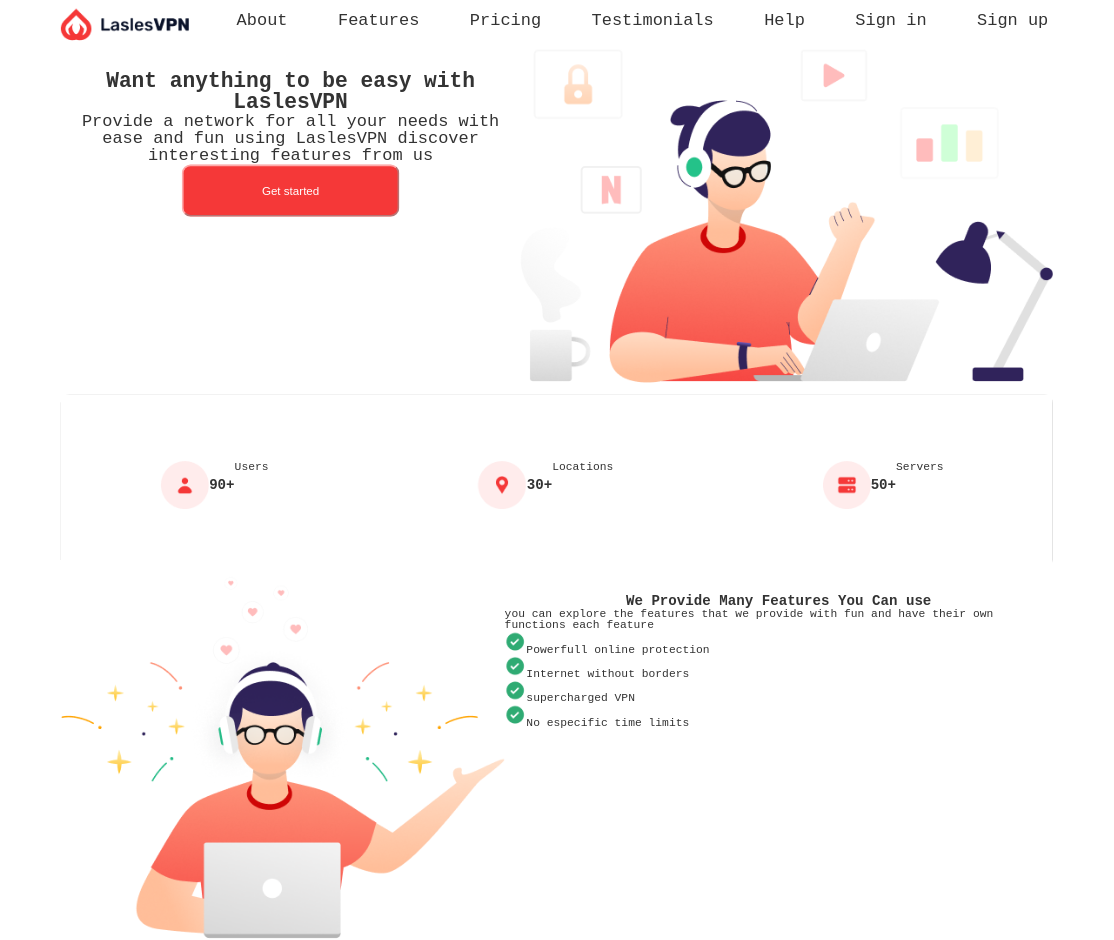
Repository: RaphaelMatheus-br/LP-251123
Page: index.html
An editor plug-in stored every save of this project. The page is shown before and after the next save, followed by the edit.
The browser window is 1280 px wide. The pictures show the whole page, at 87% of full size.

Above is the page before, as saved 2023-11-25 13:56:32.

### index.html
<!DOCTYPE html>
<html lang="en">

<head>
    <meta charset="UTF-8">
    <meta name="viewport" content="width=device-width, initial-scale=1.0">
    <title>Document</title>
    <link rel="stylesheet" href="style.css">
</head>

<body>

<section class="container flex">
    <img src="./imagens/Logo.png" alt="logo">
	<div class="item">About</div>
	<div class="item">Features</div>
	<div class="item">Pricing</div>
	<div class="item">Testimonials</div>
	<div class="item">Help</div>
	<div class="item">Sign in</div>
    <div class="item">Sign up</div>
</section>

<section class="container flex">
    <div class="item">
        <h1 class="sobre__titulo">Want anything to be easy with LaslesVPN</h1>
        <p class="sobre__descricao">Provide a network for all your needs with ease and fun using LaslesVPN discover interesting features from us</p>
        <button class="sobre__botao">Get started</button>
    </div>
    <div class="img">
        <img src="./imagens/Illustration 1.png" alt="ilutracao__1">
    </div>
</section>

<section class="container">
    <div class="rectangle">
        <div class="icons">
            <div class="user">
                <img src="./imagens/user.png" alt="user__img">
                <h1 class="sobre__user">90+</h1>
                <p class="p__user">Users</p>
            </div>
            <div class="location">
                <img src="./imagens/location.png" alt="location">
                <h1 class="sobre__location">30+</h1>
                <p class="p__location">Locations</p>
            </div>
            <div class="server">
                <img src="./imagens/Server.png" alt="server">
                <h1 class="sobre__server">50+</h1>
                <p class="p__server">Servers</p>
            </div>
        </div>
    </div>
</section>

<section class="container flex">

    <div class="img">
        <img src="./imagens/Illustration 2.png" alt="ilutracao__2">
    </div>

    <div class="item__dois">
        <h1 class="sobre__titulo">We Provide Many Features You Can use</h1>
        <p class="sobre__descricao">you can explore the features that we provide with fun and have their own functions each feature</p>
        <ul class="list">
            <li><img src="./imagens/check.png" alt="check">Powerfull online protection</img></li>
            <li><img src="./imagens/check.png" alt="check">Internet without borders</img></li>
            <li><img src="./imagens/check.png" alt="check">supercharged VPN</img></li>
            <li><img src="./imagens/check.png" alt="check">No especific time limits</img></li>
        </ul>
    </div>
</section>

</body>
</html>

### style.css
html, body, div, span, applet, object, iframe,
h1, h2, h3, h4, h5, h6, p, blockquote, pre,
a, abbr, acronym, address, big, cite, code,
del, dfn, em, img, ins, kbd, q, s, samp,
small, strike, strong, sub, sup, tt, var,
b, u, i, center,
dl, dt, dd, ol, ul, li,
fieldset, form, label, legend,
table, caption, tbody, tfoot, thead, tr, th, td,
article, aside, canvas, details, embed,
figure, figcaption, footer, header, hgroup,
menu, nav, output, ruby, section, summary,
time, mark, audio, video {
	margin: 0;
	padding: 0;
	border: 0;
	font-size: 100%;
	font: inherit;
	vertical-align: baseline;
    background: white;
}
/* HTML5 display-role reset for older browsers */
article, aside, details, figcaption, figure,
footer, header, hgroup, menu, nav, section {
	display: block;
}
body {
	line-height: 1;
}

ol, ul {
	list-style: none;
}
blockquote, q {
	quotes: none;
}
blockquote:before, blockquote:after,
q:before, q:after {
	content: '';
	content: none;
}
table {
	border-collapse: collapse;
	border-spacing: 0;
}

.container {
    max-width: 1140px;
    margin: 0 auto;
    position: relative;
    padding-top: 10px;
    display: flex;
    justify-content: space-between;
    flex: 1;
}

/* Flex Item */
.item {
	margin: 5px;
	text-align: center;
	font-size: 1.5em;
}

h1 {
	text-align: center;
	margin: 20px 0 0 0;
	font-size: 1.25em;
	font-weight: 700;
}

body {
	font-family: monospace;
	color: #333;
}

.row {
	display: flex;
}
.sobre__titulo {
    font-weight: 700;
}

.sobre__descricao {
font-weight: 300;
}

.sobre__botao {
width: 250px;
height: 60px;
flex-shrink: 0;
border-radius: 10px;
border-color: rgba(255, 193, 193, 0.842);
background: #F53838;
color: white;
}

.rectangle {
display: flex;
width: 1140px;
height: 200px;
flex-shrink: 0;
border-radius: 10px;
background: gray;
border-color: white;
justify-content: space-between;
}

.icons {
width: 100%;
height: 100%;
flex-shrink: 0;
display: flex;
align-items: center;
position: absolute;
max-width: 100%;
justify-content: space-around;
background-color: none;
}

.user {
display: flex;;
margin-right: 20px;
margin-left: 10px;
}

.location {
display: flex;;
margin-right: 20px;
margin-left: 10px;
}

.server {
display: flex;;
margin-right: 20px;
margin-left: 10px;
}

.item__dois {
    flex-direction: row-reverse;
}

After the next save:
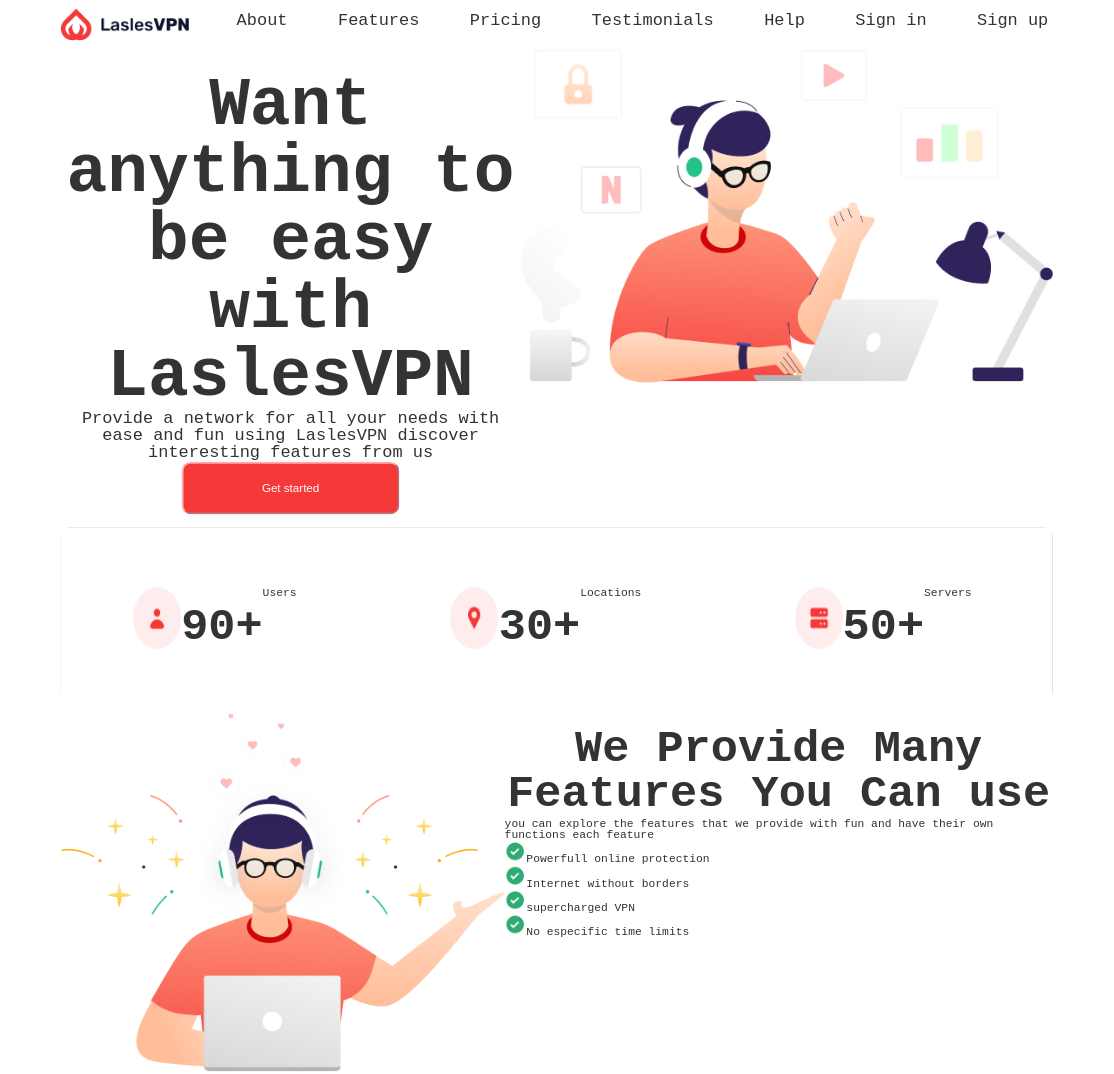
Saved 17 s later.
--- a/style.css
+++ b/style.css
@@ -64,7 +64,7 @@
 h1 {
 	text-align: center;
 	margin: 20px 0 0 0;
-	font-size: 1.25em;
+	font-size: 4em;
 	font-weight: 700;
 }
 
